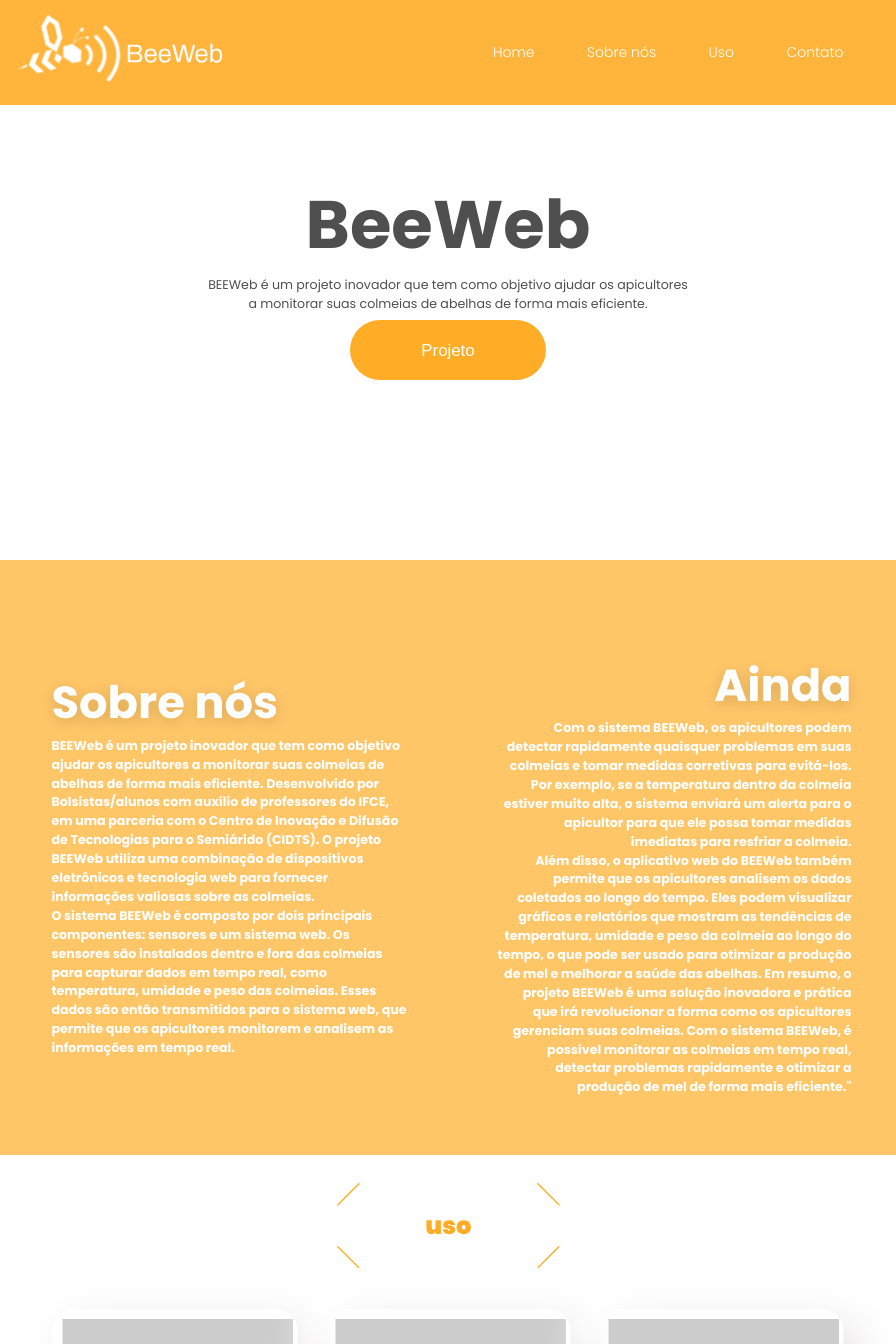
Repository: CCG-web/beeweb
Page: /
The author's editor kept a copy of each file at every save. The page is drawn from the files as they stood at one save, then again after the next save.
The browser window is 1280 px wide. The pictures show the part of the page from y = 0 to 1920 px (the page is 4001 px tall before and 4026 px after), at 70% of full size.
The project was rebuilt for these pictures with package versions that can differ from the ones it lists, and the page was loaded fresh each time.

Above is the page before, as saved 2023-05-08 23:02:46.

After the next save:
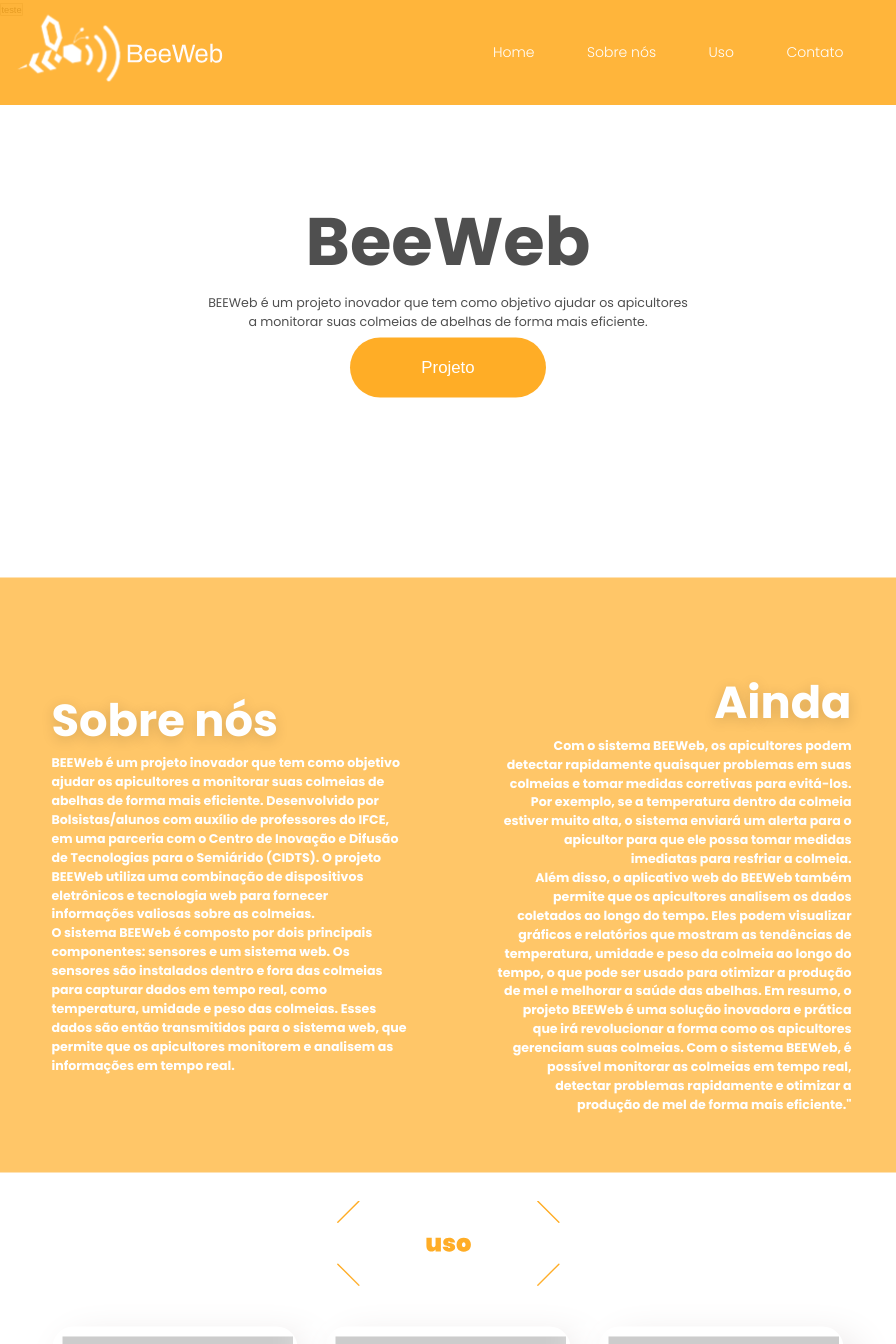
Saved 9 h 51 min later.
--- a/src/App.js
+++ b/src/App.js
@@ -37,7 +37,7 @@
       Contato="Contato" event={ContatoFuncao}
       />
 
-
+<button className="event={ContatoFuncao}">teste</button>
       <Headline ref={homeref}/>
 
 
